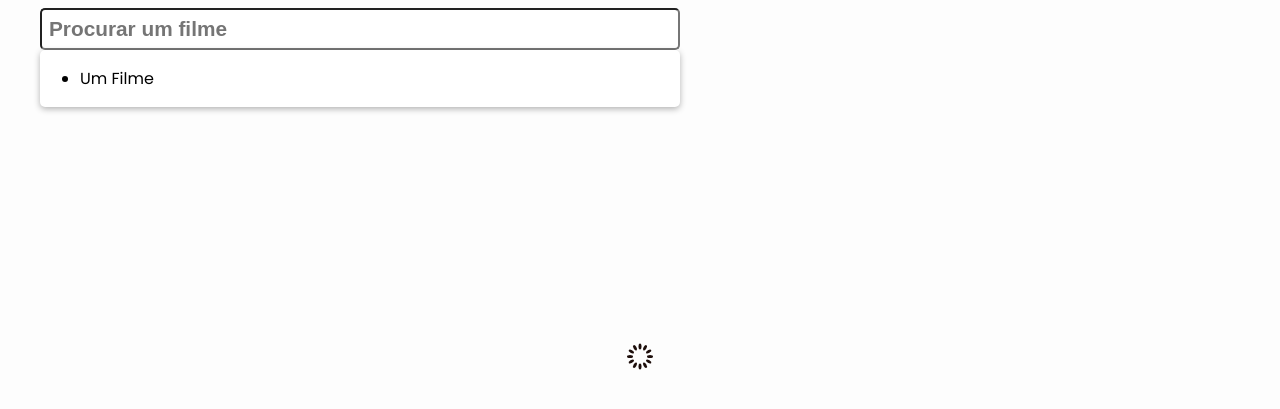
Repository: giordanobraz/agenda-edu-challenge
Page: /
An editor plug-in stored every save of this project. The page is shown before and after the next save, followed by the edit.
The browser window is 1280 px wide. The pictures show the whole page.
The page's requests for data from a server got no answer. The project was rebuilt for these pictures with package versions that can differ from the ones it lists, and the page was loaded fresh each time. No one was signed in, and anything a server would have sent is missing. Also part of the build but not shown: src/components/List/MovieList.scss, src/components/Details/Details.scss, src/components/Details/Details.js, src/pages/Details/index.js.

Above is the page before, as saved 2022-05-13 16:55:14.

After the next save:
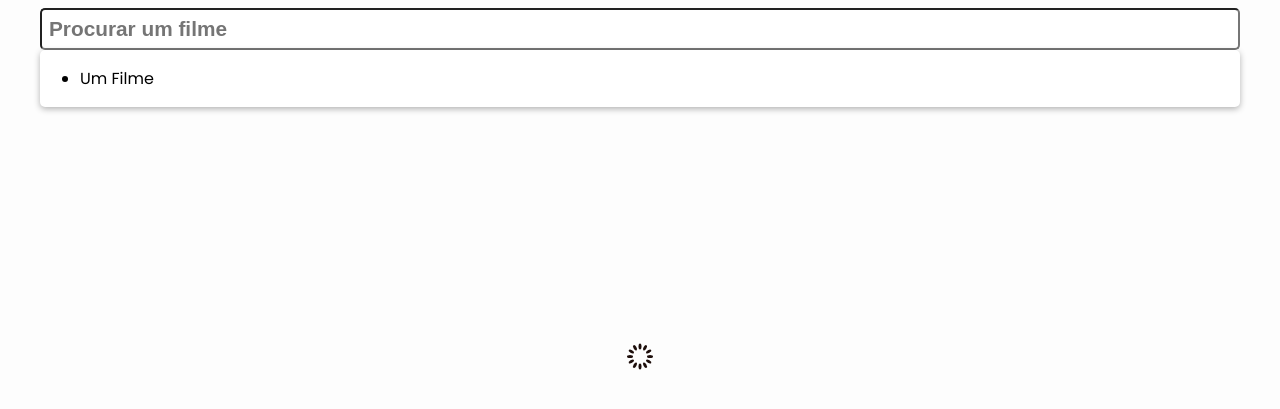
Saved 13 s later.
--- a/src/components/Search/SearchBar.scss
+++ b/src/components/Search/SearchBar.scss
@@ -1,5 +1,5 @@
 input {
-  width: 50vw;
+  width: 100%;
 	padding: 7px;
 	font-size: 1.3rem;
 	color: rgb(99, 99, 99);
@@ -10,7 +10,7 @@ input {
 }
 
 .search-bar-items {
-  width: 50vw;
+  width: 100%;
 	background: #ffff;
 	border-radius: 5px;
 	box-shadow: 0 2px 6px rgba(0,0,0,0.3);
